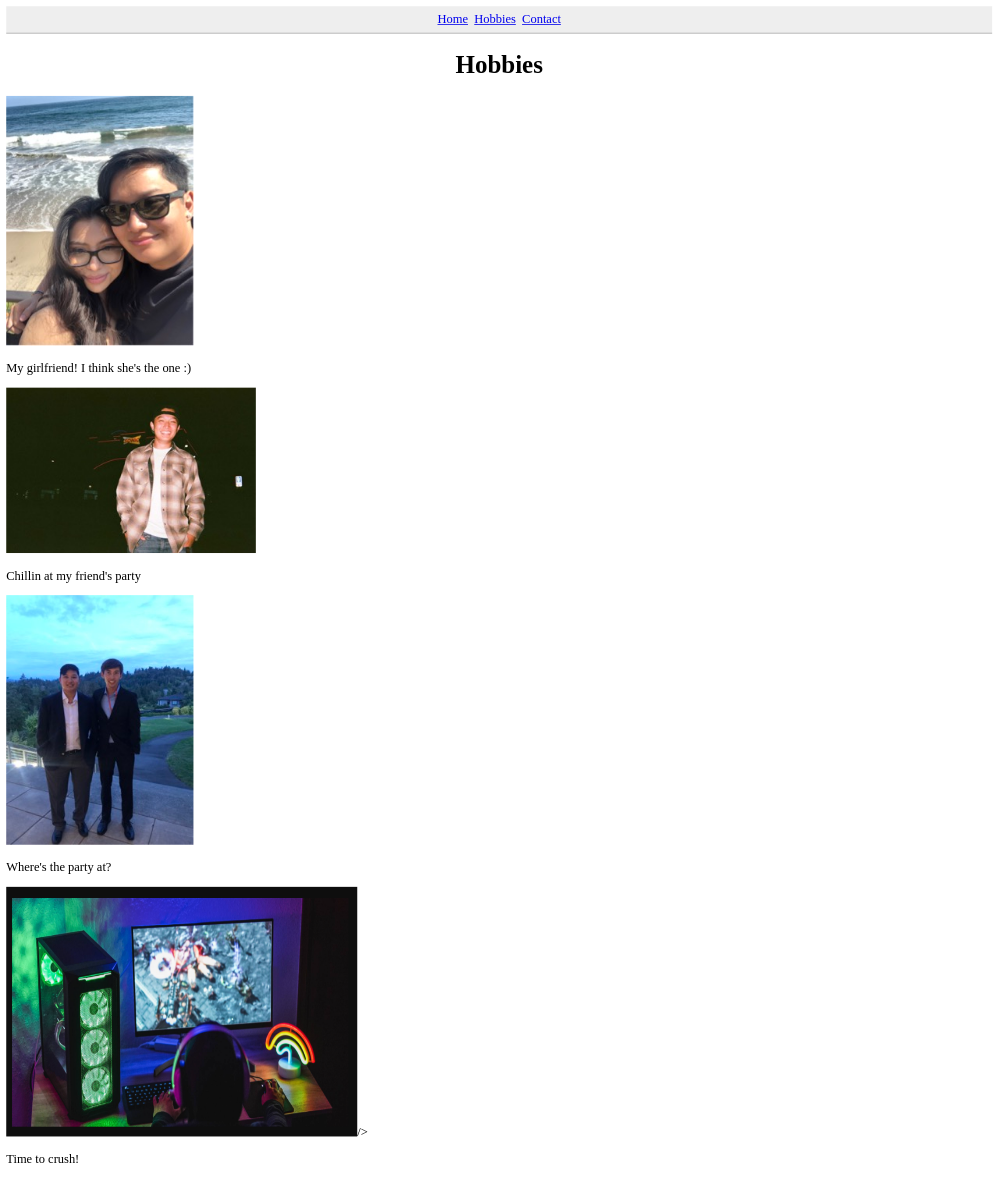
Repository: sebas6292/Jeff-Midterm
Page: hobby.html
An editor plug-in stored every save of this project. The page is shown before and after the next save, followed by the edit.
The browser window is 1280 px wide. The pictures show the whole page, at 78% of full size.

Above is the page before, as saved 2023-04-30 22:54:16.

### hobby.html
<!DOCTYPE html>
<html lang="en">
  <head>
    <title>Home</title>
    <meta charset="UTF-8" />
    <meta name="viewport" content="width=device-width" />
    <link rel="stylesheet" href="styles.css" />
  </head>
  <body>
    <nav>
      <a href="/home.html">Home</a>
      <a href="/hobby.html">Hobbies</a>
      <a href="/contact.html">Contact</a>
    </nav>
    <main>
      <h1 class="title">Hobbies</h1>

      <section class="container">
        <div class="box-container">
            <img src="pics/Relationship.jpeg" />
            <p>My girlfriend! I think she's the one :)</p>
        </div>
        <div class="box-container">
            <img src="pics/Swag.jpeg" />
            <p>Chillin at my friend's party</p>
        </div>
        <div class="box-container">
            <img src="pics/Business-Attire.jpeg" />
            <p>Where's the party at?</p>
        </div>
        <div class="box-container">
            <img src="pics/PC.png" style="width:450px;height:320px;"/>/>
            <p>Time to crush!</p>
        </div>
      </section>

    </main>
  </body>
</html>

### styles.css

nav {
    display: flex;
  flex-wrap: wrap;
  align-items: center;
  justify-content: center;
  padding: 0.5rem;
  gap: 0.5rem;
  border-bottom: solid 1px #aaa;
  background-color: #eee;
}

.title {
  display: flex;
  justify-content: center;
}

After the next save:
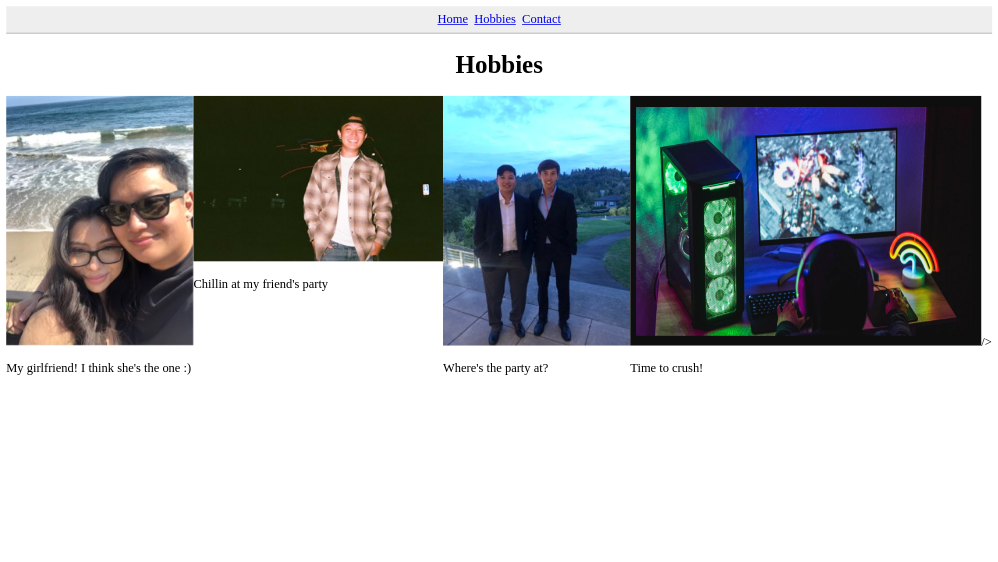
Saved 62 s later.
--- a/styles.css
+++ b/styles.css
@@ -14,3 +14,8 @@ nav {
   display: flex;
   justify-content: center;
 }
+
+/* hobbies */
+.container {
+  display: flex;
+}
